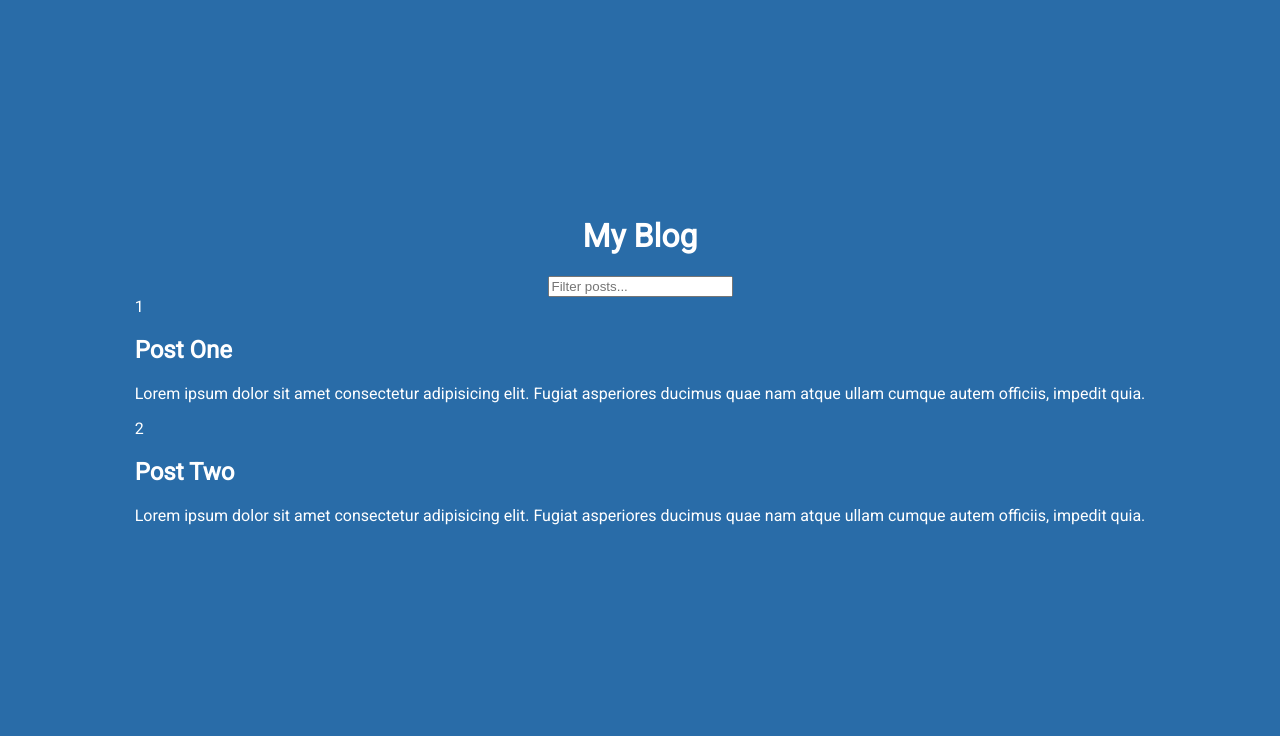
Repository: Youvelop/infiniteScroll
Page: index.html
An editor plug-in stored every save of this project. The page is shown before and after the next save, followed by the edit.
The browser window is 1280 px wide. The pictures show the whole page.

Above is the page before, as saved 2020-06-30 17:32:42.

### index.html
<!DOCTYPE html>
<html lang="en">
  <head>
    <meta charset="UTF-8" />
    <meta name="viewport" content="width=device-width, initial-scale=1.0" />
    <link rel="stylesheet" href="style.css" />
    <title>Infinite Scroll</title>
  </head>
  <body>
    <h1>My Blog</h1>

    <div class="filter-container">
      <input
        type="text"
        id="filter"
        class="filter"
        placeholder="Filter posts..."
      />
    </div>

    <div id="post-container">
      <div class="post">
        <div class="number">1</div>
        <div class="post-info">
          <h2 class="post-title">Post One</h2>
          <p>
            Lorem ipsum dolor sit amet consectetur adipisicing elit. Fugiat
            asperiores ducimus quae nam atque ullam cumque autem officiis,
            impedit quia.
          </p>
        </div>
      </div>
      <div class="post">
        <div class="number">2</div>
        <div class="post-info">
          <h2 class="post-title">Post Two</h2>
          <p>
            Lorem ipsum dolor sit amet consectetur adipisicing elit. Fugiat
            asperiores ducimus quae nam atque ullam cumque autem officiis,
            impedit quia.
          </p>
        </div>
      </div>
    </div>

    <div class="loader">
      <div class="circle"></div>
      <div class="circle"></div>
      <div class="circle"></div>
    </div>

    <script src="script.js"></script>
  </body>
</html>

### style.css
@import url('https://fonts.googleapis.com/css?family=Roboto&display=swap');

* {
  box-sizing: border-box;
}
body {
  background-color: #296ca8;
  color: #fff;
  font-family: 'Roboto', sans-serif;
  display: flex;
  flex-direction: column;
  align-items: center;
  justify-content: center;
  min-height: 100vh;
}

Loaded but not shown: script.js (no stored copy; drawn as an empty file)

After the next save:
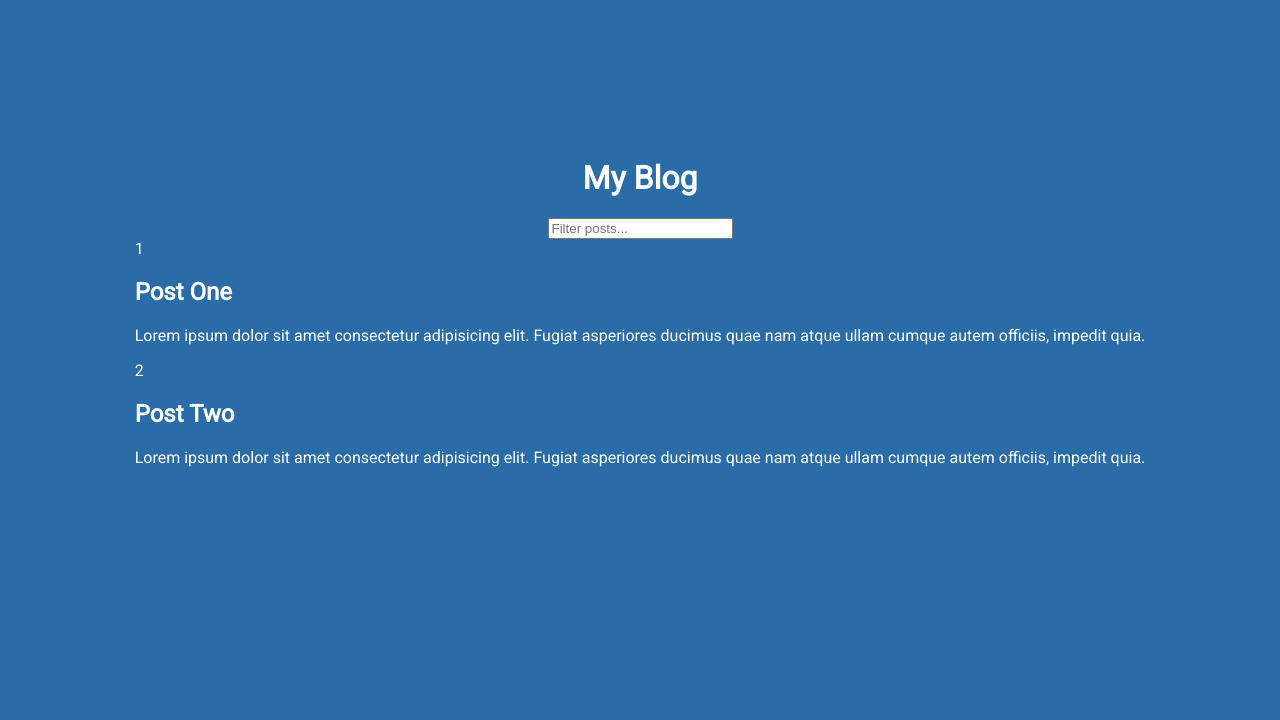
Saved 70 s later.
--- a/style.css
+++ b/style.css
@@ -12,4 +12,6 @@ body {
   align-items: center;
   justify-content: center;
   min-height: 100vh;
+  margin: 0;
+  padding-bottom: 100px;
 }
